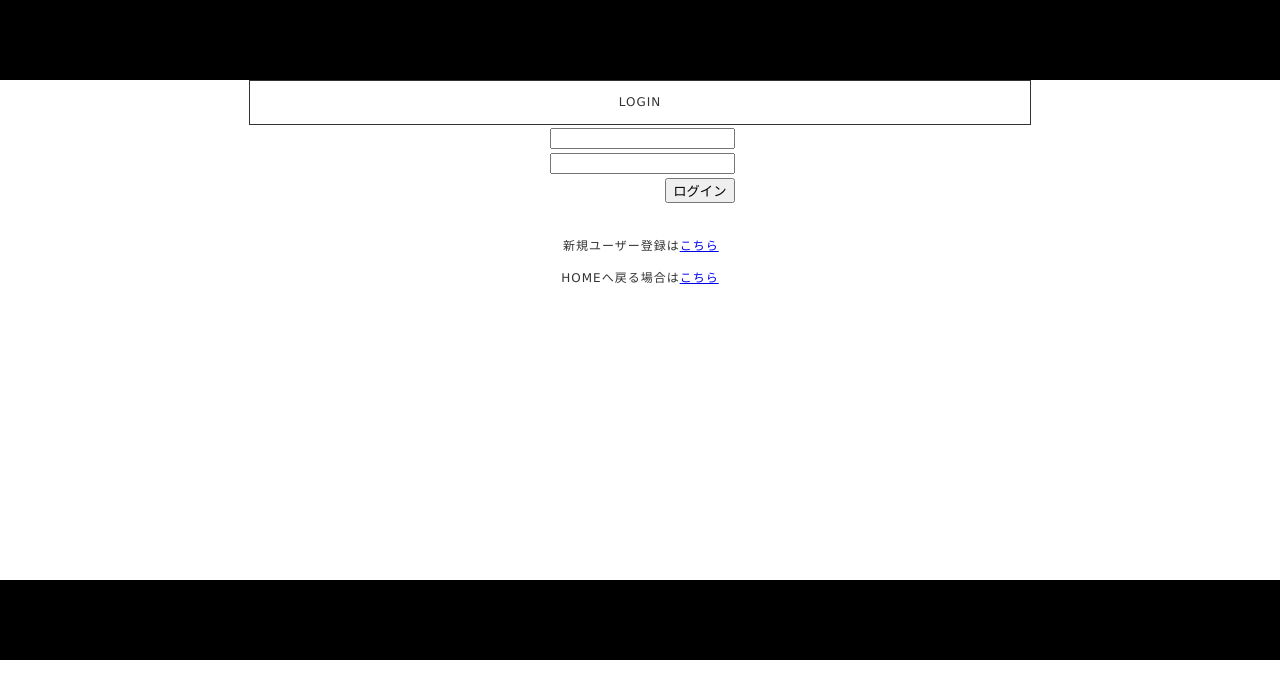
Repository: kf3225/backup
Page: http://localhost/ecsite/login.jsp
These files come from the project's save history. The page is drawn as it stood at one moment and after the next save; the edit follows.
The browser window is 1280 px wide. The pictures show the whole page.
The page is served by Tomcat 9. Other server files are loaded and not shown.

Above is the page before, as saved 2018-01-24 02:38:47.

### ecsite/WebContent/login.jsp
<%@ page language="java" contentType="text/html; charset=UTF-8"
    pageEncoding="UTF-8"%>
<%@ taglib prefix="s" uri="/struts-tags" %>
<!DOCTYPE html PUBLIC "-//W3C//DTD HTML 4.01 Transitional//EN" "http://www.w3.org/TR/html4/loose.dtd">
<html>
<head>
<meta http-equiv="Content-Type" content="text/html; charset=UTF-8"/>
<meta http-equiv="Content-Style-Type" content="text/css"/>
<meta http-equiv="Content-Script-Type" content="javascript"/>
<meta http-equiv="imagetoolbar" content="no"/>
<meta name="description" content=""/>
<meta name="keywords" content=""/>

<style type="text/css">

/* ===== TAG LAYOUT ===== */
body {
	margin:0;
	padding:0;
	line-height:1.6;
	letter-spacing:1px;
	font-family:Verdana, Helvetica, sans-serif;
	font-size:12px;
	color:#333;
	background-color:#fff;
}

table {
	text-align:center;
	margin:0 auto;
}

/* ===== ID LAYOUT ===== */
#top {
	width:780px;
	margin:0 auto;
	text-align:center;
	border:1px solid #333;
}

#header {
	width:100%;
	height:80px;
	background-color:black;
}

#main {
	width:100%;
	height:500px;
	text-align:center;
	background-color:#fff;
}

#footer {
	width:100%;
	height:80px;
	background-color:black;
	clear:both;
}

#text-link {
	display:inline-block;
	text-align:right;
}

</style>

<title>LOGIN^^</title>
</head>
<body>
	<div id="header">
		<div id="pr"></div>
	</div>

	<div id="main">
		<div id="top"><p>LOGIN</p></div>
		<div>
			<s:form action="LoginAction">
				<s:textfield name="loginUserId"/>
				<s:password name="loginPassword"/>
				<s:submit value="ログイン"/>
			</s:form>

			<br>

			<div id="text-link">
				<p>新規ユーザー登録は<a href='<s:url action="UserCreateAction"/>'>こちら</a></p>
				<p>HOMEへ戻る場合は<a href='<s:url action="GoHomeAction"/>'>こちら</a></p>
			</div>
		</div>
	</div>

	<div id="footer">
		<div id="pr"></div>
	</div>
</body>
</html>

After the next save:
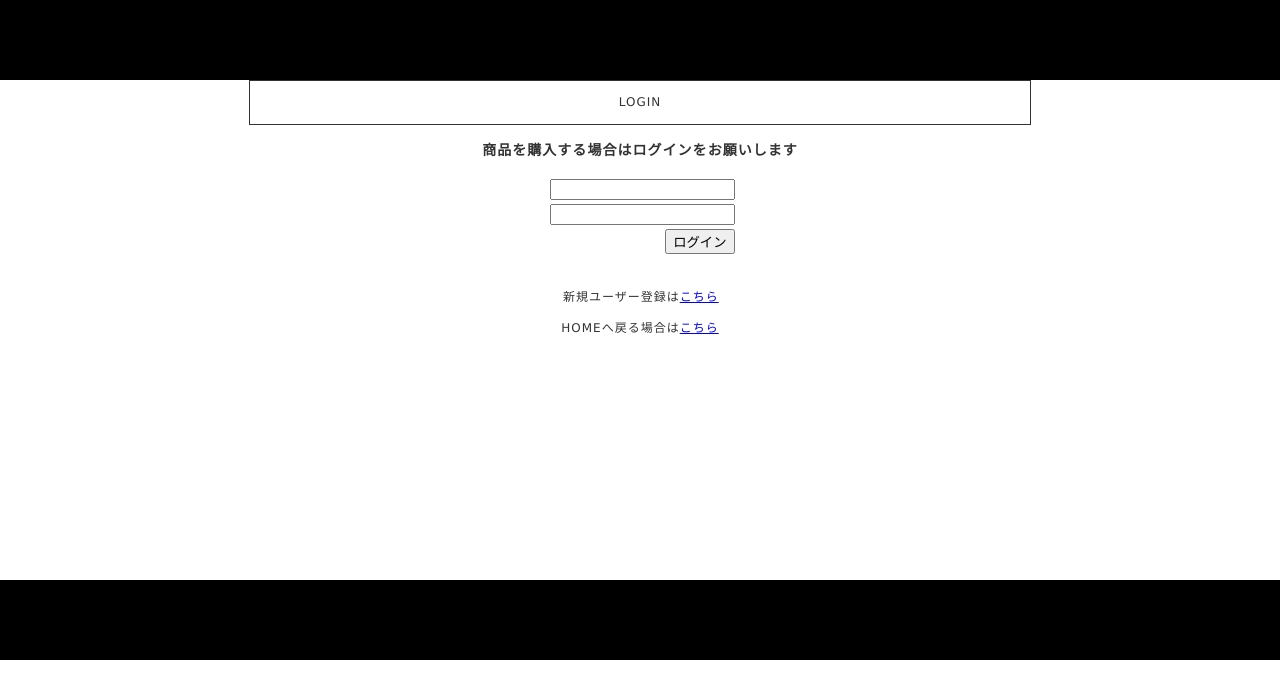
Saved 65 s later.
--- a/ecsite/WebContent/login.jsp
+++ b/ecsite/WebContent/login.jsp
@@ -75,6 +75,7 @@ table {
 	<div id="main">
 		<div id="top"><p>LOGIN</p></div>
 		<div>
+			<h3>商品を購入する場合はログインをお願いします</h3>
 			<s:form action="LoginAction">
 				<s:textfield name="loginUserId"/>
 				<s:password name="loginPassword"/>
